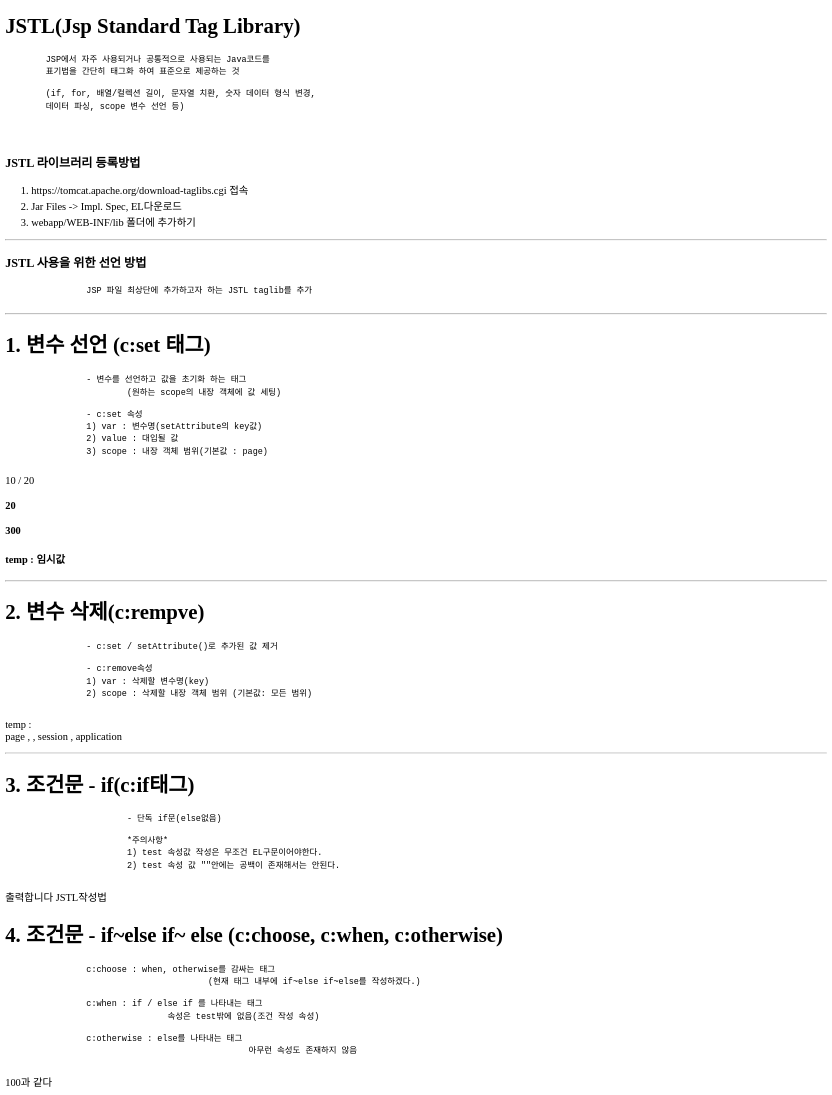
Repository: hyungjuIM/06_Server
Page: http://localhost/JSPProject2/jstl
An editor plug-in stored every save of this project. The page is shown before and after the next save, followed by the edit.
The browser window is 1280 px wide. The pictures show the whole page, at 65% of full size.
The page is served by Tomcat 9. Other server files are loaded and not shown.

Above is the page before, as saved 2023-03-21 11:13:15.

### JSPProject2/src/main/webapp/WEB-INF/views/jstl.jsp
<%@ page language="java" contentType="text/html; charset=UTF-8"
pageEncoding="UTF-8" %>
<%@ taglib prefix="c" uri="http://java.sun.com/jsp/jstl/core"%>
<%--
	prefix : 접두사
	uri(Uniform Resource Identifier) : 자원 구분 식별자(주소형태)
 --%>

<!DOCTYPE html>
<html lang="en">
<head>
    <meta charset="UTF-8">
    <meta http-equiv="X-UA-Compatible" content="IE=edge">
    <meta name="viewport" content="width=device-width, initial-scale=1.0">
    <title>3. JSTL</title>
</head>
<body>
    <h1>JSTL(Jsp Standard Tag Library)</h1>
    <pre>
    	JSP에서 자주 사용되거나 공통적으로 사용되는 Java코드를
    	표기법을 간단히 태그화 하여 표준으로 제공하는 것

    	(if, for, 배열/컬렉션 길이, 문자열 치환, 숫자 데이터 형식 변경,
    	데이터 파싱, scope 변수 선언 등)


    </pre>
    	<h3>JSTL 라이브러리 등록방법</h3>
    	<ol>
    		<li>https://tomcat.apache.org/download-taglibs.cgi 접속</li>
    		<li>Jar Files -> Impl. Spec, EL다운로드</li>
    		<li>webapp/WEB-INF/lib 폴더에 추가하기 </li>
    	</ol>

    	<hr>

    	<h3>JSTL 사용을 위한 선언 방법</h3>
    	<pre>
    		JSP 파일 최상단에 추가하고자 하는 JSTL taglib를 추가
    	</pre>
    	<hr>
    	<h1>1. 변수 선언 (c:set 태그)</h1>
    	<pre>
    		- 변수를 선언하고 값을 초기화 하는 태그
    			(원하는 scope의 내장 객체에 값 세팅)

    		- c:set 속성
    		1) var : 변수명(setAttribute의 key값)
    		2) value : 대입될 값
    		3) scope : 내장 객체 범위(기본값 : page)
    	</pre>
    	<%-- scriptlet 작성법 --%>
    	<% pageContext.setAttribute("num1",10); %>

    	<%-- JSTL 작성법 --%>
    	<c:set var="num2" value="20" />

    	${num1} / ${num2}

    	<%-- request scope에 num2세팅 --%>
    	<c:set var="num2" value="300" scope="request" />
    	<h4>${num2}</h4> <!-- 20 -->
    	<h4>${requestScope.num2}</h4> <!-- 300 -->

    	<c:set var="temp" value="임시값" scope="session" />
    	<h4>temp : ${temp}</h4>
    	<hr>

    	<h1>2. 변수 삭제(c:rempve)</h1>
    	<pre>
    		- c:set / setAttribute()로 추가된 값 제거

    		- c:remove속성
    		1) var : 삭제할 변수명(key)
    		2) scope : 삭제할 내장 객체 범위 (기본값: 모든 범위)
    		</pre>

    		<p>
    		<c:remove var="temp" />
    		temp : ${temp}<br>

    		<c:set var="test" value="page" scope="page" />
    		<c:set var="test" value="request" scope="request" />
    		<c:set var="test" value="session" scope="session" />
    		<c:set var="test" value="application" scope="application" />

    		<c:remove var="test" scope="request"/>

    		${pageScope.test} , ${requestScope.test} , ${sessionScope.test} , ${applicationScope.test}
    		</p>
    		<hr>
    		<h1>3. 조건문 - if(c:if태그)</h1>
    		<pre>
    			- 단독 if문(else없음)

    			*주의사항*
    			1) test 속성값 작성은 무조건 EL구문이어야한다.
    			2) test 속성 값 ""안에는 공백이 존재해서는 안된다.
    		</pre>
    		<%-- Scriptlet 작성법 --%>
    		<% if(1==1){ %>
    		출력합니다
    		<% } %>
    		<%-- JSTL 작성법 --%>
    		<c:if test="${1 == 1}">
    			JSTL작성법
    		</c:if>

    	<h1>4. 조건문 - if~else if~ else (c:choose, c:when, c:otherwise)</h1>
    	<pre>
    		c:choose : when, otherwise를 감싸는 태그
    					(현재 태그 내부에 if~else if~else를 작성하겠다.)

    		c:when : if / else if 를 나타내는 태그
    				속성은 test밖에 없음(조건 작성 속성)

    		c:otherwise : else를 나타내는 태그
    						아무런 속성도 존재하지 않음
    	</pre>

    	<c:set var="temt2" value="150"/>

    	<c:choose>
    		<c:when test="${temp2 > 100}">
    		100보다 크다
    		</c:when>
    		<c:when test="${temp2 < 100 }">
    		100보다 작다
    		</c:when>
    		<c:otherwise>
    		100과 같다
    		</c:otherwise>
    	</c:choose>



</body>
</html>

### JSPProject2/src/main/java/edu/kh/jsp/controller/JSTLServlet.java
package edu.kh.jsp.controller;

import java.io.IOException;

import javax.servlet.RequestDispatcher;
import javax.servlet.ServletException;
import javax.servlet.annotation.WebServlet;
import javax.servlet.http.HttpServlet;
import javax.servlet.http.HttpServletRequest;
import javax.servlet.http.HttpServletResponse;

@WebServlet("/jstl")
public class JSTLServlet extends HttpServlet{
@Override
protected void doGet(HttpServletRequest req, HttpServletResponse resp) throws ServletException, IOException {

	RequestDispatcher dispatcher = req.getRequestDispatcher("/WEB-INF/views/jstl.jsp");

	dispatcher.forward(req, resp);
	}
}

After the next save:
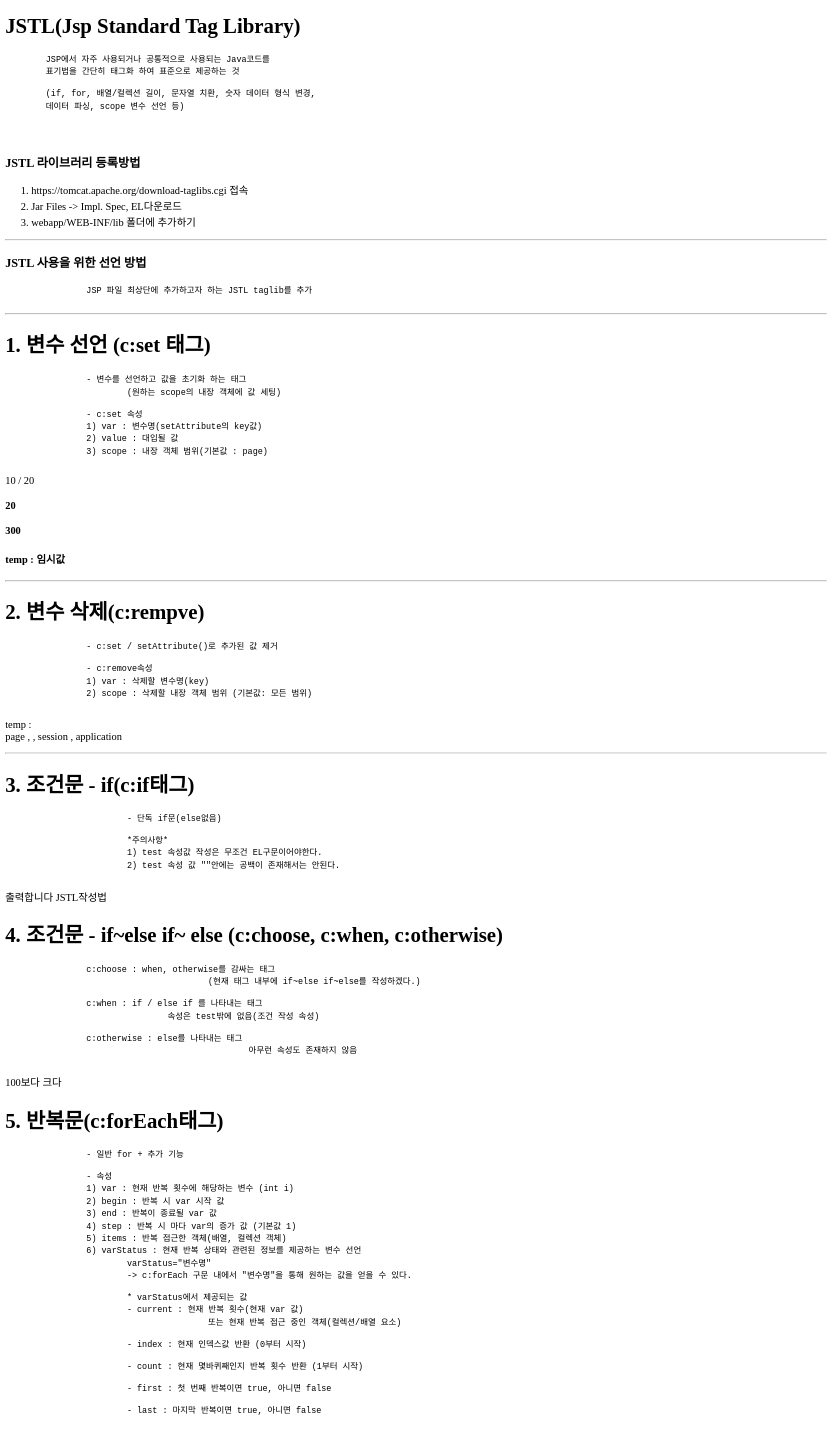
Saved 2 min 49 s later.
--- a/JSPProject2/src/main/webapp/WEB-INF/views/jstl.jsp
+++ b/JSPProject2/src/main/webapp/WEB-INF/views/jstl.jsp
@@ -118,7 +118,7 @@
     						아무런 속성도 존재하지 않음
     	</pre>
 
-    	<c:set var="temt2" value="150"/>
+    	<c:set var="temp2" value="150"/>
 
     	<c:choose>
     		<c:when test="${temp2 > 100}">
@@ -132,6 +132,34 @@
     		</c:otherwise>
     	</c:choose>
 
+    	<h1>5. 반복문(c:forEach태그)</h1>
+    	<pre>
+    		- 일반 for + 추가 기능
+
+		- 속성
+		1) var : 현재 반복 횟수에 해당하는 변수 (int i)
+		2) begin : 반복 시 var 시작 값
+		3) end : 반복이 종료될 var 값
+		4) step : 반복 시 마다 var의 증가 값 (기본값 1)
+		5) items : 반복 접근한 객체(배열, 컬렉션 객체)
+		6) varStatus : 현재 반복 상태와 관련된 정보를 제공하는 변수 선언
+			varStatus="변수명"
+			-> c:forEach 구문 내에서 "변수명"을 통해 원하는 값을 얻을 수 있다.
+
+			* varStatus에서 제공되는 값
+			- current : 현재 반복 횟수(현재 var 값)
+			 		또는 현재 반복 접근 중인 객체(컬렉션/배열 요소)
+
+			- index : 현재 인덱스값 반환 (0부터 시작)
+
+			- count : 현재 몇바퀴째인지 반복 횟수 반환 (1부터 시작)
+
+			- first : 첫 번째 반복이면 true, 아니면 false
+
+			- last : 마지막 반복이면 true, 아니면 false
+
+
+    	</pre>
 
 
 </body>
